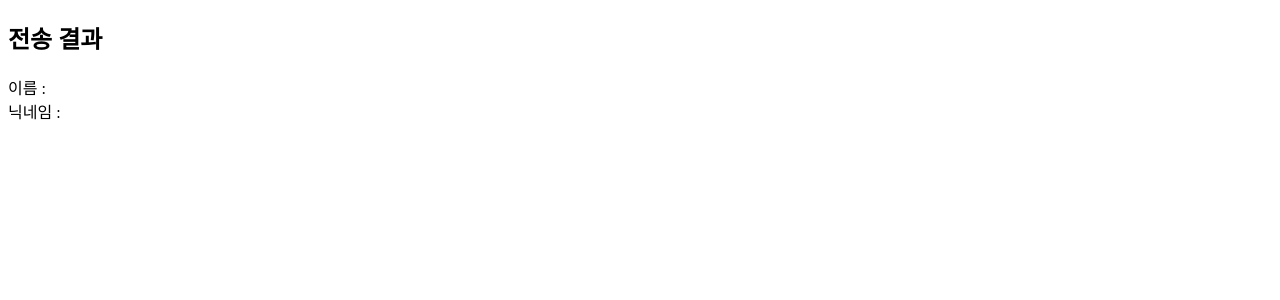
Repository: hsaar/jsworkplace
Page: http://localhost/testjsp/jsp/jsp01_ok.jsp
These files come from the project's save history. The page is drawn as it stood at one moment and after the next save; the edit follows.
The browser window is 1280 px wide. The pictures show the whole page.
The page is served by Tomcat 9.

Above is the page before, as saved 2025-08-25 01:45:12.

### testjsp/src/main/webapp/jsp/jsp01_ok.jsp
<%@ page language="java" contentType="text/html; charset=UTF-8"
    pageEncoding="UTF-8"%>
<%
	String name = request.getParameter("name");
	String nic = request.getParameter("nic");
%>

<!DOCTYPE html>
<html>
<head>
<meta charset="UTF-8">
<title>전송결과</title>
</head>
<body>
	<h2>전송 결과</h2>
	이름 : <br>
	닉네임 : <br>
</body>
</html>

After the next save:
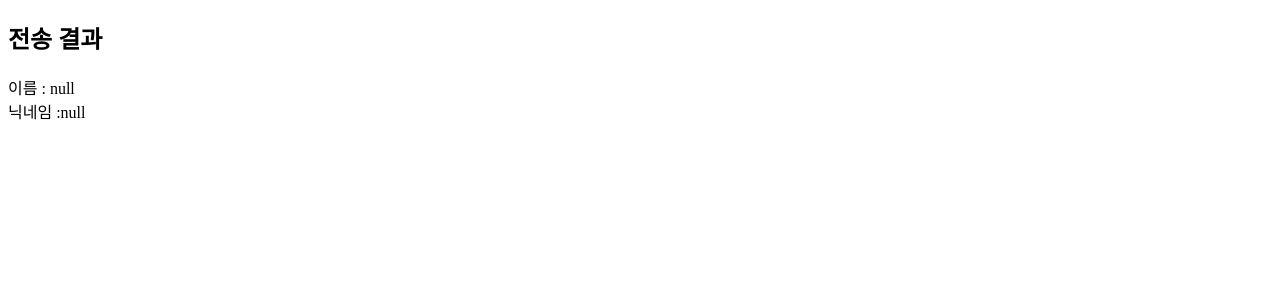
Saved 63 s later.
--- a/testjsp/src/main/webapp/jsp/jsp01_ok.jsp
+++ b/testjsp/src/main/webapp/jsp/jsp01_ok.jsp
@@ -13,7 +13,7 @@
 </head>
 <body>
 	<h2>전송 결과</h2>
-	이름 : <br>
-	닉네임 : <br>
+	이름 : <%out.println(name); %><br>
+	닉네임 :<%out.println(nic); %> <br>
 </body>
 </html>
